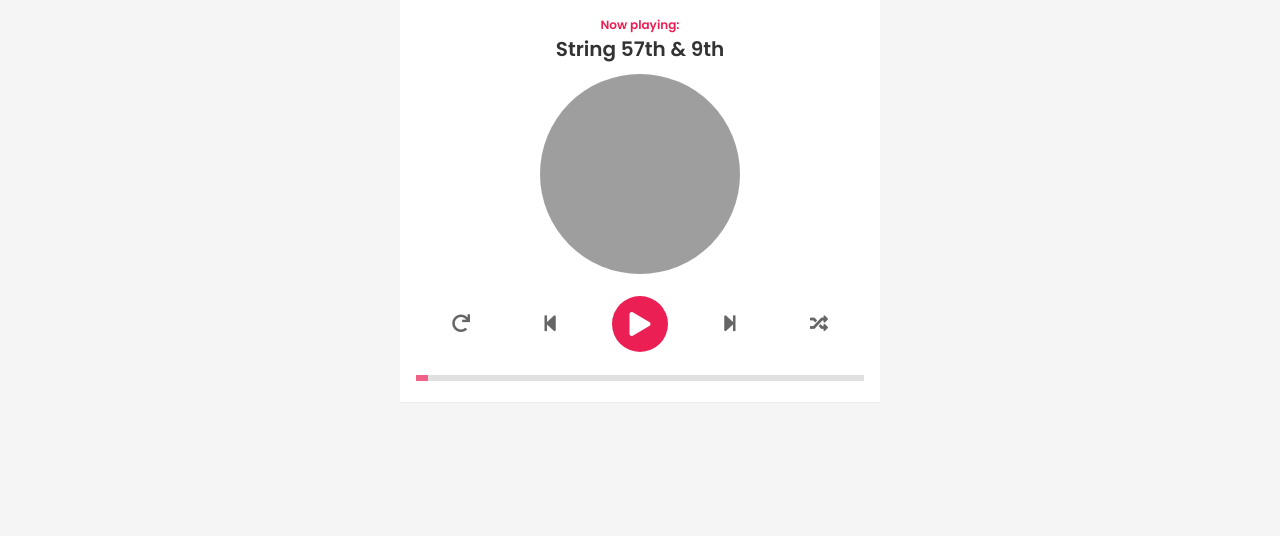
Repository: Tbs-Giang-Luong/app_music_ver1
Page: index.html
The author's editor kept a copy of each file at every save. The page is drawn from the files as they stood at one save, then again after the next save.
The browser window is 1280 px wide. The pictures show the whole page.
Pictures or frames that could not be fetched are drawn as grey boxes.

Above is the page before, as saved 2022-10-19 23:53:49.

After the next save:
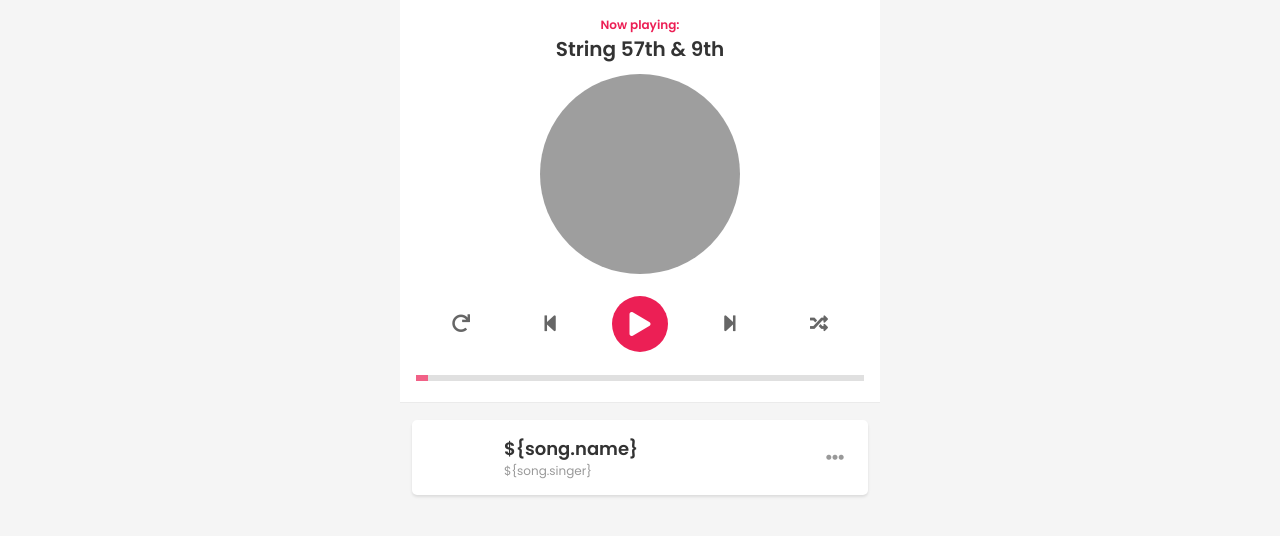
Not found: ${song.image}
Saved 83 s later.
--- a/index.html
+++ b/index.html
@@ -57,7 +57,17 @@
 
   <!-- Playlist -->
   <div class="playlist">
-
+    <div class="song">
+      <div class="thumb" style="background-image: url('${song.image}')">
+      </div>
+      <div class="body">
+        <h3 class="title">${song.name}</h3>
+        <p class="author">${song.singer}</p>
+      </div>
+      <div class="option">
+        <i class="fas fa-ellipsis-h"></i>
+      </div>
+    </div>
 
   </div>
 </div>
